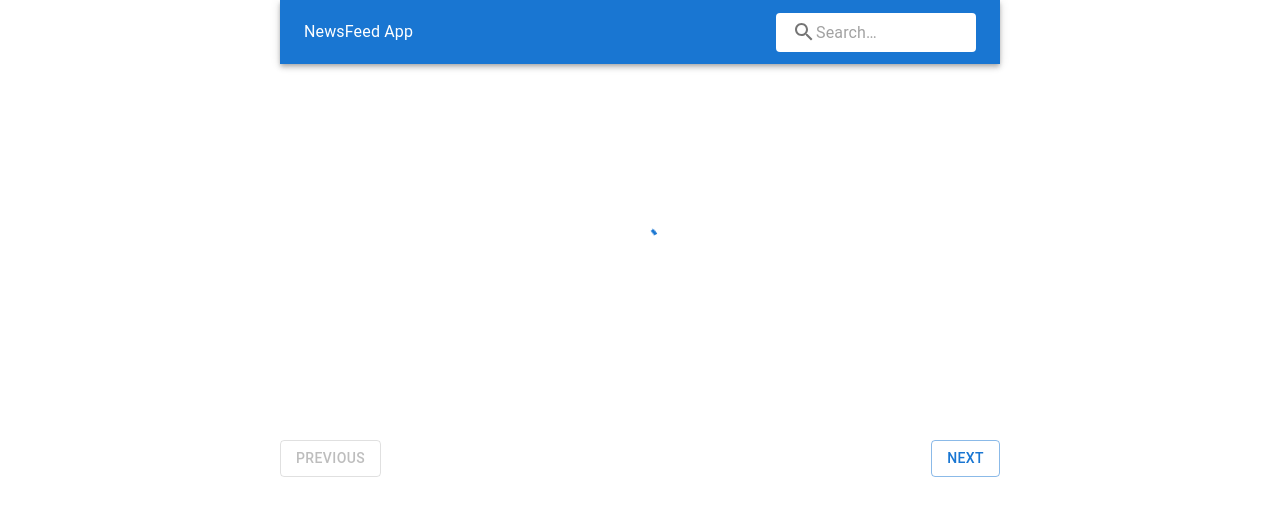
Repository: Baraajad231/News-Feed
Page: /
The author's editor kept a copy of each file at every save. The page is drawn from the files as they stood at one save, then again after the next save.
The browser window is 1280 px wide. The pictures show the whole page.
The page's requests for data from a server got no answer. The project was rebuilt for these pictures with package versions that can differ from the ones it lists, and the page was loaded fresh each time. No one was signed in, and anything a server would have sent is missing. Also part of the build but not shown: vite.config.js, src/components/newsArticle.jsx.

Above is the page before, as saved 2026-03-21 23:02:26.

After the next save:
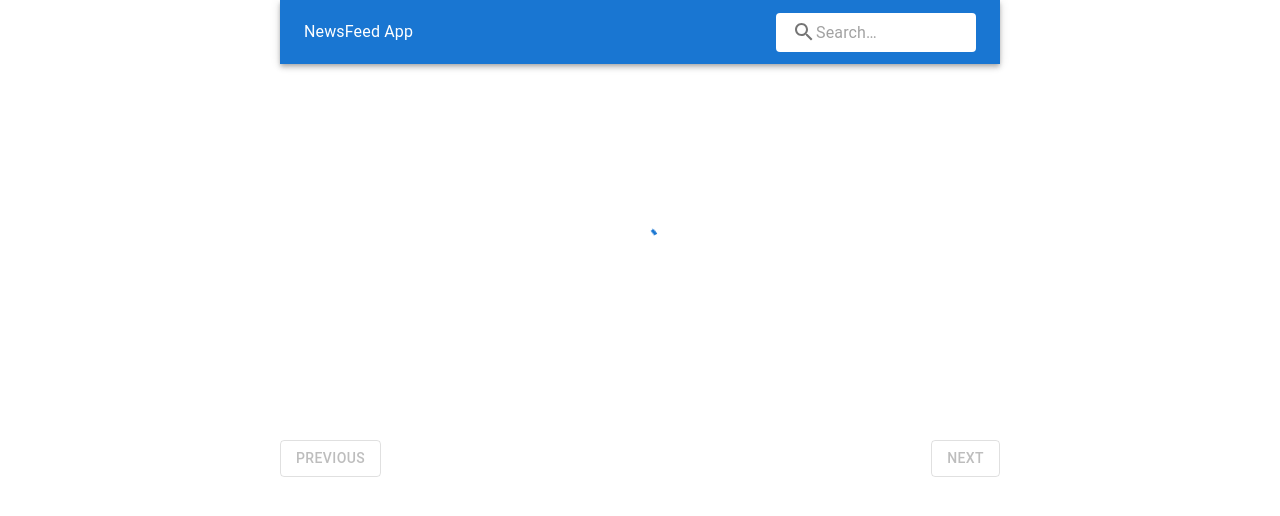
Saved 6 s later.
--- a/src/App.jsx
+++ b/src/App.jsx
@@ -88,7 +88,11 @@
         >
           Previous
         </Button>
-        <Button variant="outlined" onClick={handleNextClick}>
+        <Button
+          variant="outlined"
+          onClick={handleNextClick}
+          disabled={pageNumbers.current === 1}
+        >
           Next
         </Button>
       </Footer>

After the save that followed:
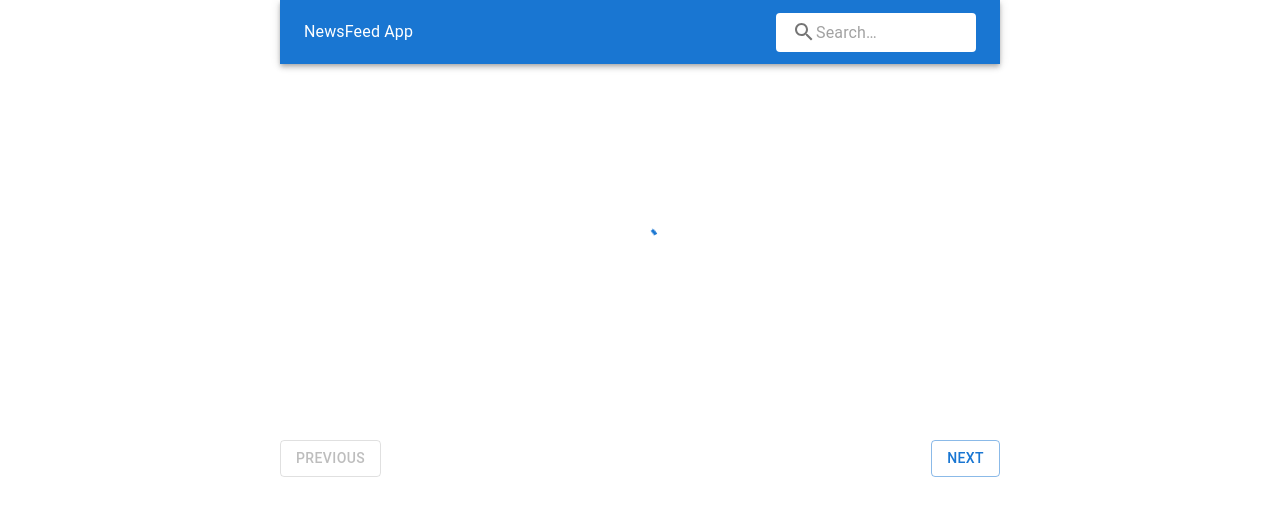
Saved 28 s later.
--- a/src/App.jsx
+++ b/src/App.jsx
@@ -91,7 +91,7 @@
         <Button
           variant="outlined"
           onClick={handleNextClick}
-          disabled={pageNumbers.current === 1}
+          disabled={pageNumbers.current == totalPages.current}
         >
           Next
         </Button>
